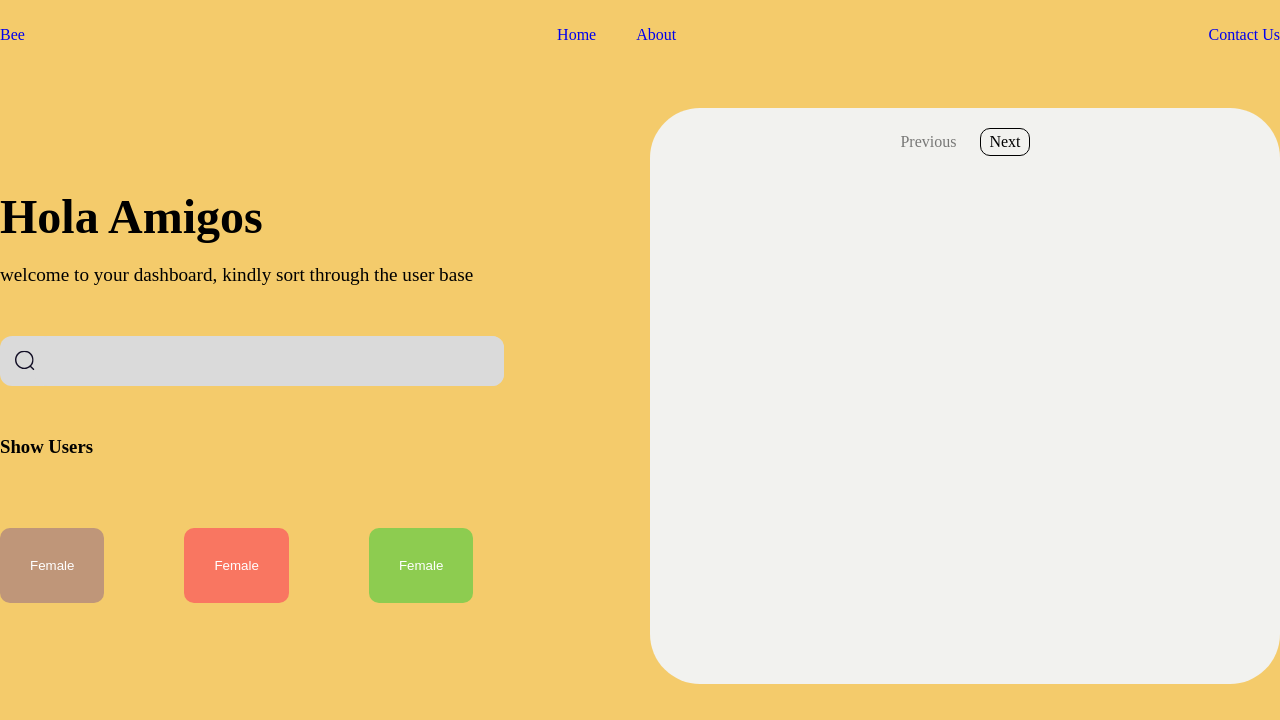
Repository: ble-syn/Random-user-generator-app
Page: /
An editor plug-in stored every save of this project. The page is shown before and after the next save, followed by the edit.
The browser window is 1280 px wide. The pictures show the whole page.
The page's requests for data from a server got no answer. The project was rebuilt for these pictures with package versions that can differ from the ones it lists, and the page was loaded fresh each time. No one was signed in, and anything a server would have sent is missing. Also part of the build but not shown: src/components/ErrorBoundaries.jsx, src/pages/About.jsx, src/pages/Policy.jsx, src/pages/Terms.jsx, src/pages/Contact.jsx, src/pages/NotFound.jsx.

Above is the page before, as saved 2022-10-26 21:37:16.

### src/index.css
*{
  margin: 0;
  padding: 0;
  box-sizing: border-box;
}
a {
  text-decoration: none;
}

body {
  background-color: #F4CB6B;
}
.container {
  width: 100%;
  max-width: 1300px;
  margin: 0 auto;

}

nav {
  display: flex;
  justify-content: space-between;
  margin: 2% 0 5%;
}
.menu {
  margin: 0 20px;
}

.home-container{
  display: flex;

  align-items: center;
}
/* LEFT STYLES */
#left {
  flex: 5;
}
#left h1 {
  font-size: 3rem;
  font-weight: 700;
  margin-bottom: 20px;
}
#left p {
  font-size: 1.2rem;
  margin-bottom: 20px;
}
.search-input {
  width: 80%;
  background-color: #dadada;
  border-radius: 12px;
  border: none;
  display: flex;
  place-items: center;
  padding-left: 15px;
  margin: 50px 0;
}
input {
  border: none;
  border-radius: 12px;
  background-color: inherit;
  width: 100%;
  height: 50px;
  padding-left: 5px;
  font-size: 20px;
}
input:focus {
  outline: none;
}
input::placeholder {
  color: #171717;
}
.user-link-cont {
  margin-top: 70px;
}
.user-link{
  margin-right: 80px;
  padding: 30px;
  border-radius: 10px;
  color: #FFF;
  cursor: pointer;
  border: none;
}
.all-user {
  background-color: #BF9679;
}
.f-user{
  background-color: #F97661;
}
.m-user{
background-color: #8DCC50;
}

#right{
  height: 80vh;
 flex: 5;
  margin-left: 20px;
  background-color: #F2F2EF;
  border-radius: 50px;
}

.flex {
  display: flex;
  justify-content: space-between;
  align-items: center;
  gap: 12px;
}

img {
 border: 5px solid#8DCC50;
  border-radius: 50%;
  margin: 5px 0;
}

.pagination {
  display: flex;
  justify-content: center;
  align-items: center;
  gap: 12px;
  margin: 20px 0;
}

.pagination-num {
  display: flex;
  justify-content: center;
  align-items: center;
  gap: 12px;
}

.pagination-child,
.prev,
.next {
  opacity: 1;
  border: 1px solid #000;
  padding: 4px 8px;
  cursor: pointer;
  border-radius: 10px;
  transition: all 0.3s ease;
}

.pagination-child:hover,
.prev:hover,
.next:hover {
  transform: scale(1.1);
}

.disabled {
  opacity: 0.5;
  cursor: not-allowed;
}

### src/App.js
import { BrowserRouter as Router, Routes, Route, Navigate} from "react-router-dom";
import Navbar from "./components/Navbar";
import Home from "./pages/Home";
import About from "./pages/About";
import Policy from "./pages/Policy";
import Terms from "./pages/Terms";
import Contact from "./pages/Contact";
import NotFound from "./pages/NotFound";

function App() {
  return (
    <div className="container">
      <Router>
      <Navbar />
        <Routes>
          <Route path="/" element={<Home />} />
          <Route path="/about" element={<About />}>
            <Route path="policy" element={<Policy />} />
            <Route path="terms" element={<Terms />} />
          </Route>
          <Route path="/contact" element={<Contact />} />
          <Route path="/not-found" element={<NotFound />} />
          <Route path="*" element={<Navigate to="/not-found" />} />
        </Routes>
      </Router>

    </div>
  );
}

export default App;

### src/components/Navbar.jsx
import React from "react";
import { Link } from "react-router-dom";

function Navbar() {
    return (
      <nav className="header">
        <div className="logo">
          <Link to="/">Bee</Link>
        </div>


        <div>
            <Link to="/" className="menu">Home</Link>

            <Link to="/about" className="menu">About</Link>
        </div>
        <div>
            <Link to="/contact">Contact Us</Link>
        </div>
      </nav>
    );
  }

export default Navbar;

### src/pages/Home.jsx
import { useState, useEffect } from "react";
import Pagination from "../components/pagination";
import ErrorBoundary from "../components/ErrorBoundaries";
import { Link } from "react-router-dom";
import { ReactComponent as Search } from "../assets/Search.svg"
import User from "../components/User";


function Home() {
  const [users, setUsers] = useState([]);
  // const [loading, setLoading] = useState(true);

  const [currentPage, setCurrentPage] = useState(1);
  const [usersPerPage] = useState(4);

  // get users from the randomuser api
  useEffect(() => {
    const fetchUsers = async () => {
      const res = await fetch("https://randomuser.me/api/?results=20");
      const data = await res.json();
      setUsers(data.results);
      // setLoading(false);
    };

    fetchUsers();
  }, []);

  //   loading state
  // if (loading) {
  //   return <Spinner />;
  // }

  //   pagination logic
  const indexOfLastUser = currentPage * usersPerPage;
  const indexOfFirstUser = indexOfLastUser - usersPerPage;
  const currentUsers = users.slice(indexOfFirstUser, indexOfLastUser);
  const numberOfPages = Math.ceil(users.length / usersPerPage);

  return (
    <div className="home-container">
      <div id="left">
        <h1>Hola Amigos</h1>
        <p>welcome to your dashboard, kindly sort through the user base</p>
        <form action="" className="search-input">
          <Search />
          <input type="text" name="" id="" />
        </form>
        <h3>Show Users</h3>
        <div className="user-link-cont">
        <button
        type="button"
        className="user-link all-user"
      >
        Female
      </button>
      <button
        type="button"
        className="user-link f-user"

      >
        Female
      </button>
      <button
        type="button"
        className="user-link m-user"

      >
        Female
      </button>
        </div>
      </div>


      <div id="right">
        <ErrorBoundary>
            <User currentUsers={currentUsers} />
          </ErrorBoundary>
          <ErrorBoundary>
            <Pagination
              numberOfPages={numberOfPages}
              currentPage={currentPage}
              setCurrentPage={setCurrentPage}
            />
        </ErrorBoundary>
      </div>
    </div>
  );
}

export default Home;

### src/components/pagination.jsx
import { useState, useEffect } from "react";

function Pagination({ numberOfPages, currentPage, setCurrentPage }) {
  const [disabledPrev, setDisabledPrev] = useState(true);
  const [disabledNext, setDisabledNext] = useState(true);

  const pageNum = [...Array(numberOfPages + 1).keys()].slice(1);

  const prevPage = () => {
    if (currentPage !== 1) {
      setCurrentPage(currentPage - 1);
    }
  };

  const nextPage = () => {
    if (currentPage !== numberOfPages) {
      setCurrentPage(currentPage + 1);
    }
  };

  useEffect(() => {
    if (currentPage > 1) {
      setDisabledPrev(false);
    } else {
      setDisabledPrev(true);
    }

    if (currentPage === numberOfPages) {
      setDisabledNext(true);
    } else {
      setDisabledNext(false);
    }
  }, [currentPage, numberOfPages]);

  return (
    <div>
      <section className="pagination">
        <div className={disabledPrev ? "disabled" : "prev"}>
          <p onClick={prevPage}>Previous</p>
        </div>
        <div className="pagination-num">
          {pageNum.map((num) => (
            <div key={num}>
              <p
                onClick={() => setCurrentPage(num)}
                className="pagination-child"
              >
                {num}
              </p>
            </div>
          ))}
        </div>
        <div className={disabledNext ? "disabled" : "next"}>
          <p onClick={nextPage}>Next</p>
        </div>
      </section>
    </div>
  );
}

export default Pagination;

### src/components/User.jsx
import React from "react";

function User({ currentUsers }) {
  return (
    <div className="">
      {currentUsers.map((user) => (
        <div key={user.login.uuid} className="flex">
          <img src={user.picture.medium} alt={user.name.first} />
          <div>
             <h3>
              {user.name.first} {user.name.last}
            </h3>
            <p>{user.email}</p>
            <p>
              {user.location.city}, {user.location.country}
            </p>
          </div>

        </div>
      ))}
    </div>
  );
}

export default User;

Loaded but not shown: public/index.html (common file); src/index.js (common file); src/reportWebVitals.js (common file)

After the next save:
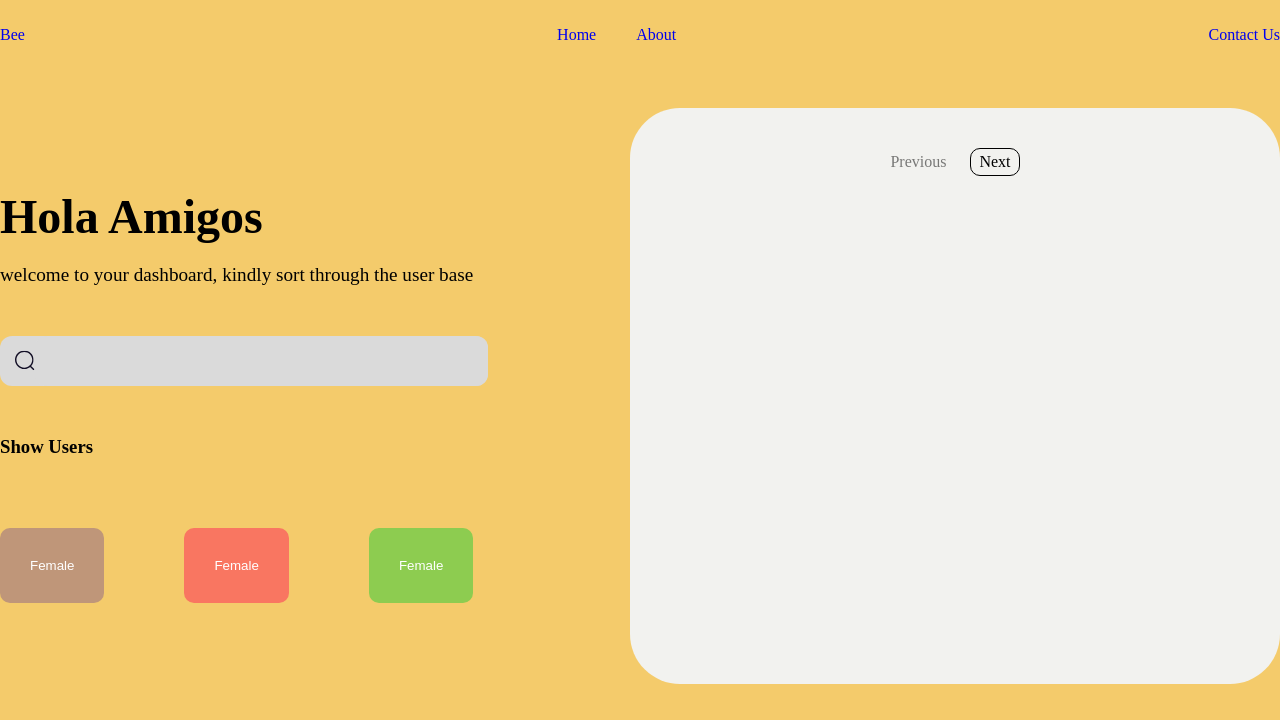
Saved 22 s later.
--- a/src/index.css
+++ b/src/index.css
@@ -92,10 +92,11 @@ background-color: #8DCC50;
 
 #right{
   height: 80vh;
- flex: 5;
+  flex: 5;
   margin-left: 20px;
   background-color: #F2F2EF;
   border-radius: 50px;
+  padding: 20px;
 }
 
 .flex {
